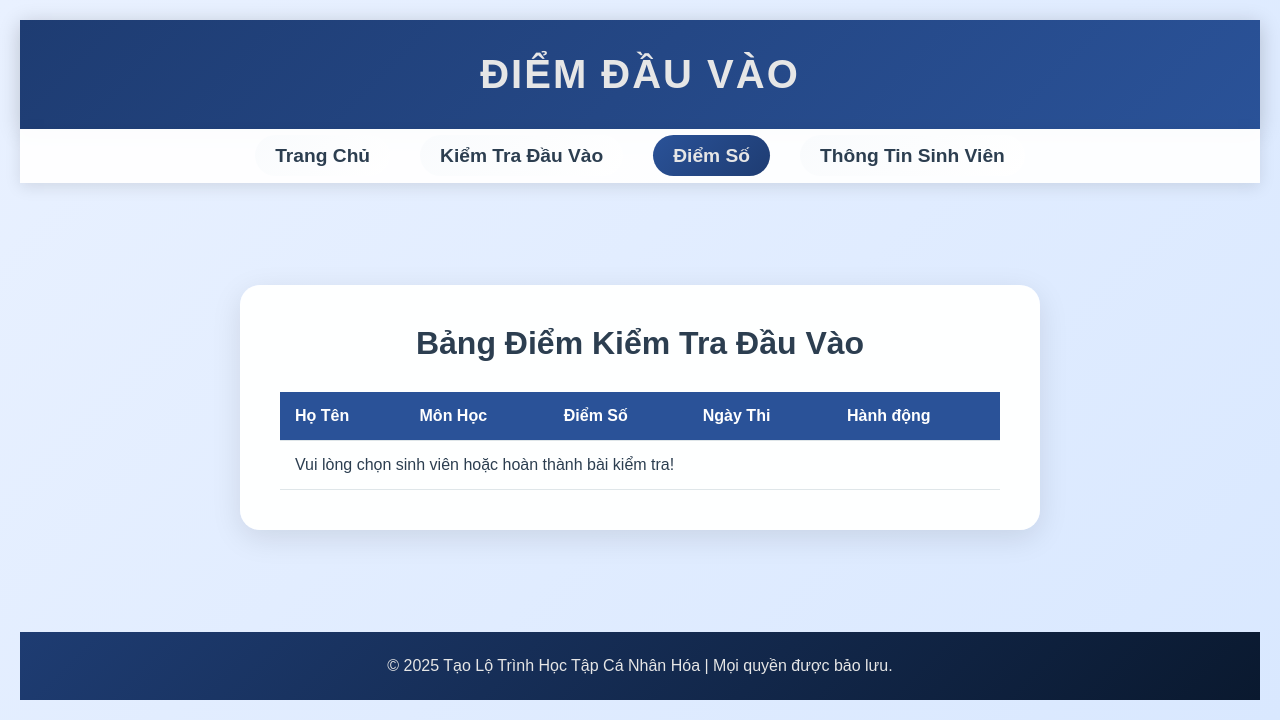
Repository: quankenda73/Prject_Final
Page: INDEX/diemdauvao.html
An editor plug-in stored every save of this project. The page is shown before and after the next save, followed by the edit.
The browser window is 1280 px wide. The pictures show the whole page.
The page's requests for data from a server got no answer.

Above is the page before, as saved 2025-03-20 13:27:54.

### INDEX/diemdauvao.html
<!DOCTYPE html>
<html lang="vi">
<head>
    <meta charset="UTF-8">
    <meta name="viewport" content="width=device-width, initial-scale=1.0">
    <title>Điểm Đầu Vào</title>
    <link rel="stylesheet" href="https://cdnjs.cloudflare.com/ajax/libs/font-awesome/6.0.0-beta3/css/all.min.css">
    <style>
        * { margin: 0; padding: 0; box-sizing: border-box; font-family: 'Poppins', sans-serif; }
        body { min-height: 100vh; background: linear-gradient(135deg, #e9f1ff, #d9e8ff); display: flex; flex-direction: column; padding: 20px; }
        header { background: linear-gradient(135deg, #1e3c72, #2a5298); color: #e6e6e6; padding: 2rem 0; text-align: center; box-shadow: 0 4px 20px rgba(0, 0, 0, 0.2); }
        header h1 { font-size: 2.5rem; text-transform: uppercase; letter-spacing: 2px; }
        nav { background: rgba(255, 255, 255, 0.95); padding: 1rem 0; box-shadow: 0 4px 15px rgba(0, 0, 0, 0.1); text-align: center; }
        .nav-list { list-style: none; display: flex; justify-content: center; gap: 30px; }
        .nav-list li a { color: #2c3e50; text-decoration: none; font-weight: 600; font-size: 1.2rem; padding: 10px 20px; border-radius: 25px; transition: all 0.3s ease; background: linear-gradient(135deg, #f9fbfd, #ffffff); }
        .nav-list li a:hover, .nav-list li a.active { background: linear-gradient(135deg, #2a5298, #1e3c72); color: #e6e6e6; }
        main { flex: 1; display: flex; justify-content: center; align-items: center; padding: 40px 20px; }
        .scores-container { width: 100%; max-width: 800px; background: rgba(255, 255, 255, 0.98); padding: 40px; border-radius: 20px; box-shadow: 0 8px 30px rgba(0, 0, 0, 0.1); }
        h2 { color: #2c3e50; font-size: 2rem; text-align: center; margin-bottom: 30px; }
        table { width: 100%; border-collapse: collapse; margin-top: 20px; }
        th, td { padding: 15px; text-align: left; border-bottom: 1px solid #dfe6e9; }
        th { background: #2a5298; color: white; font-weight: 600; }
        td { color: #2c3e50; }
        tr:nth-child(even) { background: #f8fafc; }
        tr:hover { background: #e6f0fa; }
        .delete-icon { color: #e74c3c; cursor: pointer; font-size: 1.2rem; transition: transform 0.3s ease, color 0.3s ease; }
        .delete-icon:hover { color: #c0392b; transform: scale(1.2); }
        footer { text-align: center; padding: 25px 0; background: linear-gradient(135deg, #1e3c72, #0a192f); color: #e6e6e6; }
        @media (max-width: 768px) { .scores-container { padding: 25px; } h2 { font-size: 1.8rem; } th, td { padding: 10px; font-size: 0.9rem; } }
    </style>
</head>
<body>
<header>
    <h1>Điểm Đầu Vào</h1>
</header>
<nav>
    <ul class="nav-list">
        <li><a href="/home">Trang Chủ</a></li>
        <li><a href="/input-test">Kiểm Tra Đầu Vào</a></li>
        <li><a href="/diemdauvao" class="active">Điểm Số</a></li>
        <li><a href="/student-info">Thông Tin Sinh Viên</a></li>
    </ul>
</nav>
<main>
    <div class="scores-container">
        <h2>Bảng Điểm Kiểm Tra Đầu Vào</h2>
        <table id="scoresTable">
            <thead>
                <tr>
                    <th>Họ Tên</th>
                    <th>Môn Học</th>
                    <th>Điểm Số</th>
                    <th>Ngày Thi</th>
                    <th>Hành động</th>
                </tr>
            </thead>
            <tbody id="scoresBody"></tbody>
        </table>
    </div>
</main>
<footer>
    <p>© 2025 Tạo Lộ Trình Học Tập Cá Nhân Hóa | Mọi quyền được bảo lưu.</p>
</footer>

<script>
document.addEventListener("DOMContentLoaded", async function() {
    const urlParams = new URLSearchParams(window.location.search);
    let studentId = urlParams.get('studentId');
    const tbody = document.querySelector('#scoresBody');

    // Lấy thông tin sinh viên hiện tại từ localStorage
    let currentStudent;
    try {
        currentStudent = JSON.parse(localStorage.getItem('currentStudent'));
    } catch (error) {
        console.error('Error parsing currentStudent from localStorage:', error);
    }

    if (!studentId && currentStudent) {
        studentId = currentStudent.studentId;
    }

    if (!studentId) {
        tbody.innerHTML = '<tr><td colspan="5">Vui lòng chọn sinh viên hoặc hoàn thành bài kiểm tra!</td></tr>';
        return;
    }

    // Lấy hoặc khởi tạo dữ liệu theo từng sinh viên
    let allScores;
    try {
        allScores = JSON.parse(localStorage.getItem('allScores')) || {};
    } catch (error) {
        console.error('Error parsing allScores from localStorage:', error);
        allScores = {};
    }

    // Đảm bảo allScores[studentId] là một mảng
    if (!Array.isArray(allScores[studentId])) {
        allScores[studentId] = [];
    }

    async function displayScores() {
        tbody.innerHTML = '<tr><td colspan="5">Đang tải dữ liệu...</td></tr>';

        try {
            const response = await fetch(`http://localhost:3000/api/scores?studentId=${studentId}`, {
                method: 'GET',
                headers: { 'Content-Type': 'application/json' }
            });

            if (!response.ok) throw new Error('Không thể lấy điểm từ server');

            const data = await response.json();
            const scores = data.scores;

            // Đồng bộ dữ liệu từ server với localStorage
            if (scores && scores.length > 0) {
                scores.forEach(serverScore => {
                    const existingScore = allScores[studentId].find(s => s._id === serverScore._id);
                    if (!existingScore) {
                        allScores[studentId].push(serverScore);
                    }
                });
                localStorage.setItem('allScores', JSON.stringify(allScores));
            }
        } catch (error) {
            console.error('Lỗi khi lấy từ server:', error);
        }

        // Hiển thị điểm số từ allScores
        tbody.innerHTML = '';
        const filteredScores = allScores[studentId] || [];
        if (filteredScores.length > 0) {
            const subjectMap = { 'math': 'Toán', 'literature': 'Ngữ Văn', 'physics': 'Vật Lý', 'english': 'Tiếng Anh', 'chemistry': 'Hóa Học' };
            filteredScores.forEach(score => {
                const row = document.createElement('tr');
                row.innerHTML = `
                    <td>${score.name}</td>
                    <td>${subjectMap[score.subject] || score.subject}</td>
                    <td>${score.score}</td>
                    <td>${score.date}</td>
                    <td>
                        <i class="fas fa-trash-alt delete-icon" title="Xóa" data-id="${score._id}"></i>
                    </td>
                `;
                tbody.appendChild(row);

                row.querySelector('.delete-icon').addEventListener('click', () => deleteScore(score._id));
            });
        } else {
            tbody.innerHTML = '<tr><td colspan="5">Chưa có điểm số nào được lưu cho sinh viên này.</td></tr>';
        }
    }

    async function deleteScore(scoreId) {
        if (confirm("Bạn có chắc chắn muốn xóa điểm số này không?")) {
            try {
                const response = await fetch(`http://localhost:3000/api/scores/${scoreId}`, {
                    method: 'DELETE',
                    headers: { 'Content-Type': 'application/json' }
                });

                if (!response.ok) throw new Error('Không thể xóa điểm số từ server');

                const result = await response.json();
                alert(result.message);
            } catch (error) {
                console.error('Lỗi khi xóa từ server:', error);
            } finally {
                allScores[studentId] = allScores[studentId].filter(score => score._id !== scoreId);
                localStorage.setItem('allScores', JSON.stringify(allScores));
                displayScores();
            }
        }
    }

    // Thêm điểm số mới từ localStorage nếu có
    try {
        const latestScore = JSON.parse(localStorage.getItem('latestScore'));
        if (latestScore && latestScore.studentId === studentId) {
            const existingScore = allScores[studentId].find(score => score.date === latestScore.date && score.subject === latestScore.subject);
            if (!existingScore) {
                latestScore._id = latestScore._id || 'local_' + Date.now();
                allScores[studentId].push(latestScore);
                localStorage.setItem('allScores', JSON.stringify(allScores));
            }
            localStorage.removeItem('latestScore');
        }
    } catch (error) {
        console.error('Error handling latestScore from localStorage:', error);
    }

    displayScores();
});
</script>
</body>
</html>

After the next save:
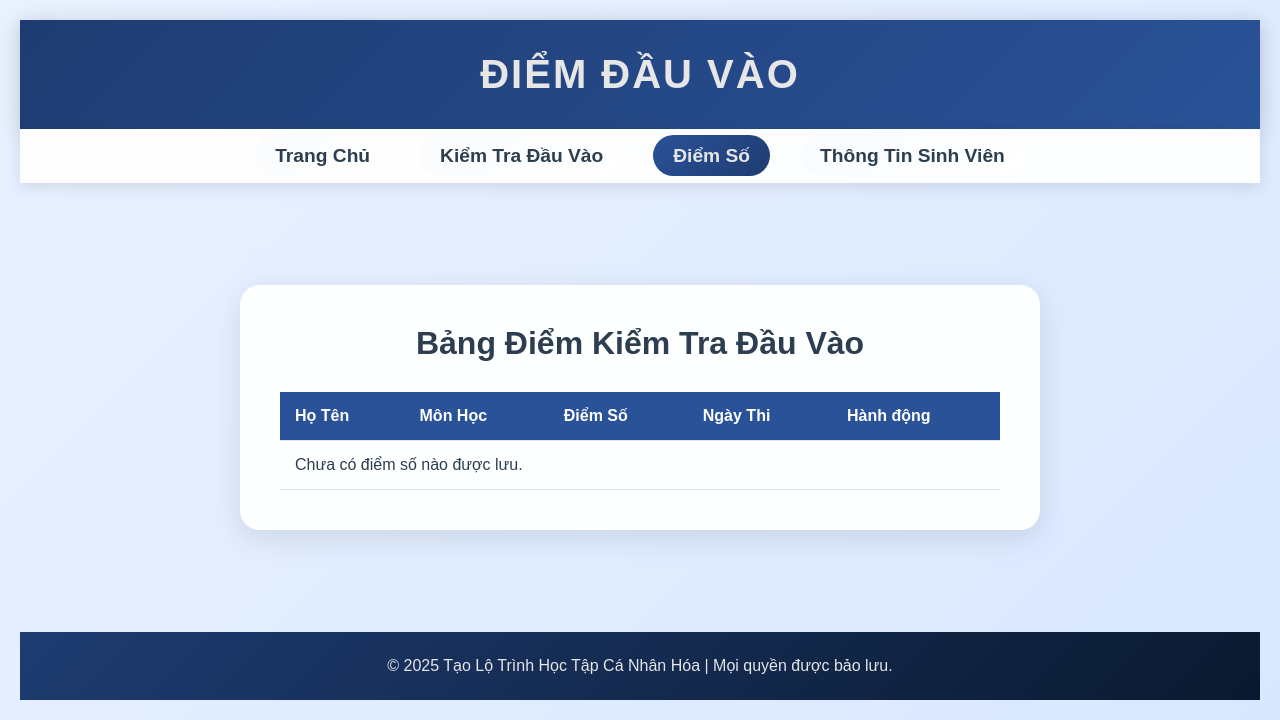
Saved 11 min 31 s later.
--- a/INDEX/diemdauvao.html
+++ b/INDEX/diemdauvao.html
@@ -64,28 +64,9 @@
 
 <script>
 document.addEventListener("DOMContentLoaded", async function() {
-    const urlParams = new URLSearchParams(window.location.search);
-    let studentId = urlParams.get('studentId');
     const tbody = document.querySelector('#scoresBody');
 
-    // Lấy thông tin sinh viên hiện tại từ localStorage
-    let currentStudent;
-    try {
-        currentStudent = JSON.parse(localStorage.getItem('currentStudent'));
-    } catch (error) {
-        console.error('Error parsing currentStudent from localStorage:', error);
-    }
-
-    if (!studentId && currentStudent) {
-        studentId = currentStudent.studentId;
-    }
-
-    if (!studentId) {
-        tbody.innerHTML = '<tr><td colspan="5">Vui lòng chọn sinh viên hoặc hoàn thành bài kiểm tra!</td></tr>';
-        return;
-    }
-
-    // Lấy hoặc khởi tạo dữ liệu theo từng sinh viên
+    // Lấy dữ liệu từ localStorage
     let allScores;
     try {
         allScores = JSON.parse(localStorage.getItem('allScores')) || {};
@@ -94,16 +75,12 @@
         allScores = {};
     }
 
-    // Đảm bảo allScores[studentId] là một mảng
-    if (!Array.isArray(allScores[studentId])) {
-        allScores[studentId] = [];
-    }
-
     async function displayScores() {
         tbody.innerHTML = '<tr><td colspan="5">Đang tải dữ liệu...</td></tr>';
 
+        // Lấy dữ liệu từ server cho tất cả sinh viên
         try {
-            const response = await fetch(`http://localhost:3000/api/scores?studentId=${studentId}`, {
+            const response = await fetch(`http://localhost:3000/api/scores`, {
                 method: 'GET',
                 headers: { 'Content-Type': 'application/json' }
             });
@@ -116,9 +93,12 @@
             // Đồng bộ dữ liệu từ server với localStorage
             if (scores && scores.length > 0) {
                 scores.forEach(serverScore => {
-                    const existingScore = allScores[studentId].find(s => s._id === serverScore._id);
+                    if (!allScores[serverScore.studentId]) {
+                        allScores[serverScore.studentId] = [];
+                    }
+                    const existingScore = allScores[serverScore.studentId].find(s => s._id === serverScore._id);
                     if (!existingScore) {
-                        allScores[studentId].push(serverScore);
+                        allScores[serverScore.studentId].push(serverScore);
                     }
                 });
                 localStorage.setItem('allScores', JSON.stringify(allScores));
@@ -127,12 +107,15 @@
             console.error('Lỗi khi lấy từ server:', error);
         }
 
-        // Hiển thị điểm số từ allScores
+        // Hiển thị điểm số của tất cả sinh viên
         tbody.innerHTML = '';
-        const filteredScores = allScores[studentId] || [];
-        if (filteredScores.length > 0) {
-            const subjectMap = { 'math': 'Toán', 'literature': 'Ngữ Văn', 'physics': 'Vật Lý', 'english': 'Tiếng Anh', 'chemistry': 'Hóa Học' };
-            filteredScores.forEach(score => {
+        let hasScores = false;
+        const subjectMap = { 'math': 'Toán', 'literature': 'Ngữ Văn', 'physics': 'Vật Lý', 'english': 'Tiếng Anh', 'chemistry': 'Hóa Học' };
+
+        for (const studentId in allScores) {
+            const scores = allScores[studentId] || [];
+            scores.forEach(score => {
+                hasScores = true;
                 const row = document.createElement('tr');
                 row.innerHTML = `
                     <td>${score.name}</td>
@@ -140,19 +123,21 @@
                     <td>${score.score}</td>
                     <td>${score.date}</td>
                     <td>
-                        <i class="fas fa-trash-alt delete-icon" title="Xóa" data-id="${score._id}"></i>
+                        <i class="fas fa-trash-alt delete-icon" title="Xóa" data-id="${score._id}" data-student-id="${studentId}"></i>
                     </td>
                 `;
                 tbody.appendChild(row);
 
-                row.querySelector('.delete-icon').addEventListener('click', () => deleteScore(score._id));
+                row.querySelector('.delete-icon').addEventListener('click', () => deleteScore(score._id, studentId));
             });
-        } else {
-            tbody.innerHTML = '<tr><td colspan="5">Chưa có điểm số nào được lưu cho sinh viên này.</td></tr>';
+        }
+
+        if (!hasScores) {
+            tbody.innerHTML = '<tr><td colspan="5">Chưa có điểm số nào được lưu.</td></tr>';
         }
     }
 
-    async function deleteScore(scoreId) {
+    async function deleteScore(scoreId, studentId) {
         if (confirm("Bạn có chắc chắn muốn xóa điểm số này không?")) {
             try {
                 const response = await fetch(`http://localhost:3000/api/scores/${scoreId}`, {
@@ -168,6 +153,9 @@
                 console.error('Lỗi khi xóa từ server:', error);
             } finally {
                 allScores[studentId] = allScores[studentId].filter(score => score._id !== scoreId);
+                if (allScores[studentId].length === 0) {
+                    delete allScores[studentId];
+                }
                 localStorage.setItem('allScores', JSON.stringify(allScores));
                 displayScores();
             }
@@ -177,7 +165,11 @@
     // Thêm điểm số mới từ localStorage nếu có
     try {
         const latestScore = JSON.parse(localStorage.getItem('latestScore'));
-        if (latestScore && latestScore.studentId === studentId) {
+        if (latestScore) {
+            const studentId = latestScore.studentId;
+            if (!allScores[studentId]) {
+                allScores[studentId] = [];
+            }
             const existingScore = allScores[studentId].find(score => score.date === latestScore.date && score.subject === latestScore.subject);
             if (!existingScore) {
                 latestScore._id = latestScore._id || 'local_' + Date.now();

After the save that followed:
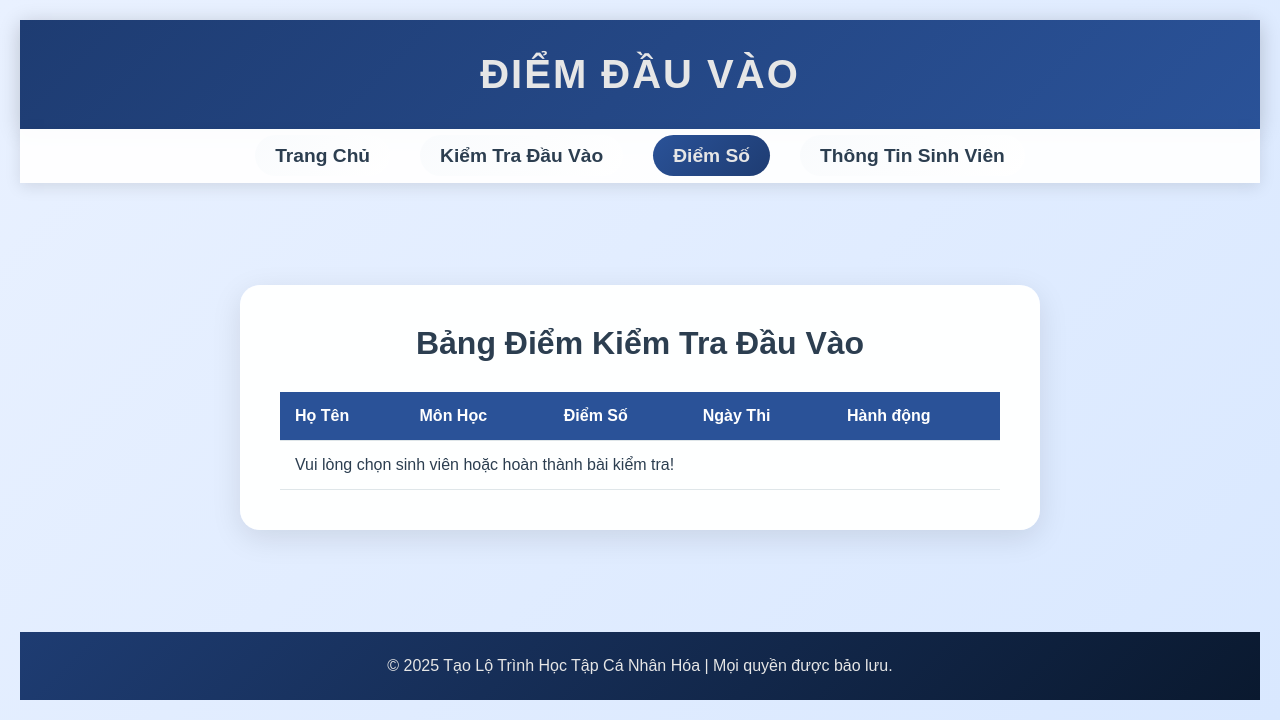
Saved 67 s later.
--- a/INDEX/diemdauvao.html
+++ b/INDEX/diemdauvao.html
@@ -64,9 +64,28 @@
 
 <script>
 document.addEventListener("DOMContentLoaded", async function() {
+    const urlParams = new URLSearchParams(window.location.search);
+    let studentId = urlParams.get('studentId');
     const tbody = document.querySelector('#scoresBody');
 
-    // Lấy dữ liệu từ localStorage
+    // Lấy thông tin sinh viên hiện tại từ localStorage
+    let currentStudent;
+    try {
+        currentStudent = JSON.parse(localStorage.getItem('currentStudent'));
+    } catch (error) {
+        console.error('Error parsing currentStudent from localStorage:', error);
+    }
+
+    if (!studentId && currentStudent) {
+        studentId = currentStudent.studentId;
+    }
+
+    if (!studentId) {
+        tbody.innerHTML = '<tr><td colspan="5">Vui lòng chọn sinh viên hoặc hoàn thành bài kiểm tra!</td></tr>';
+        return;
+    }
+
+    // Lấy hoặc khởi tạo dữ liệu theo từng sinh viên
     let allScores;
     try {
         allScores = JSON.parse(localStorage.getItem('allScores')) || {};
@@ -75,12 +94,16 @@
         allScores = {};
     }
 
+    // Đảm bảo allScores[studentId] là một mảng
+    if (!Array.isArray(allScores[studentId])) {
+        allScores[studentId] = [];
+    }
+
     async function displayScores() {
         tbody.innerHTML = '<tr><td colspan="5">Đang tải dữ liệu...</td></tr>';
 
-        // Lấy dữ liệu từ server cho tất cả sinh viên
         try {
-            const response = await fetch(`http://localhost:3000/api/scores`, {
+            const response = await fetch(`http://localhost:3000/api/scores?studentId=${studentId}`, {
                 method: 'GET',
                 headers: { 'Content-Type': 'application/json' }
             });
@@ -93,12 +116,9 @@
             // Đồng bộ dữ liệu từ server với localStorage
             if (scores && scores.length > 0) {
                 scores.forEach(serverScore => {
-                    if (!allScores[serverScore.studentId]) {
-                        allScores[serverScore.studentId] = [];
-                    }
-                    const existingScore = allScores[serverScore.studentId].find(s => s._id === serverScore._id);
+                    const existingScore = allScores[studentId].find(s => s._id === serverScore._id);
                     if (!existingScore) {
-                        allScores[serverScore.studentId].push(serverScore);
+                        allScores[studentId].push(serverScore);
                     }
                 });
                 localStorage.setItem('allScores', JSON.stringify(allScores));
@@ -107,15 +127,12 @@
             console.error('Lỗi khi lấy từ server:', error);
         }
 
-        // Hiển thị điểm số của tất cả sinh viên
+        // Hiển thị điểm số từ allScores
         tbody.innerHTML = '';
-        let hasScores = false;
-        const subjectMap = { 'math': 'Toán', 'literature': 'Ngữ Văn', 'physics': 'Vật Lý', 'english': 'Tiếng Anh', 'chemistry': 'Hóa Học' };
-
-        for (const studentId in allScores) {
-            const scores = allScores[studentId] || [];
-            scores.forEach(score => {
-                hasScores = true;
+        const filteredScores = allScores[studentId] || [];
+        if (filteredScores.length > 0) {
+            const subjectMap = { 'math': 'Toán', 'literature': 'Ngữ Văn', 'physics': 'Vật Lý', 'english': 'Tiếng Anh', 'chemistry': 'Hóa Học' };
+            filteredScores.forEach(score => {
                 const row = document.createElement('tr');
                 row.innerHTML = `
                     <td>${score.name}</td>
@@ -123,21 +140,19 @@
                     <td>${score.score}</td>
                     <td>${score.date}</td>
                     <td>
-                        <i class="fas fa-trash-alt delete-icon" title="Xóa" data-id="${score._id}" data-student-id="${studentId}"></i>
+                        <i class="fas fa-trash-alt delete-icon" title="Xóa" data-id="${score._id}"></i>
                     </td>
                 `;
                 tbody.appendChild(row);
 
-                row.querySelector('.delete-icon').addEventListener('click', () => deleteScore(score._id, studentId));
+                row.querySelector('.delete-icon').addEventListener('click', () => deleteScore(score._id));
             });
-        }
-
-        if (!hasScores) {
-            tbody.innerHTML = '<tr><td colspan="5">Chưa có điểm số nào được lưu.</td></tr>';
+        } else {
+            tbody.innerHTML = '<tr><td colspan="5">Chưa có điểm số nào được lưu cho sinh viên này.</td></tr>';
         }
     }
 
-    async function deleteScore(scoreId, studentId) {
+    async function deleteScore(scoreId) {
         if (confirm("Bạn có chắc chắn muốn xóa điểm số này không?")) {
             try {
                 const response = await fetch(`http://localhost:3000/api/scores/${scoreId}`, {
@@ -153,9 +168,6 @@
                 console.error('Lỗi khi xóa từ server:', error);
             } finally {
                 allScores[studentId] = allScores[studentId].filter(score => score._id !== scoreId);
-                if (allScores[studentId].length === 0) {
-                    delete allScores[studentId];
-                }
                 localStorage.setItem('allScores', JSON.stringify(allScores));
                 displayScores();
             }
@@ -165,11 +177,7 @@
     // Thêm điểm số mới từ localStorage nếu có
     try {
         const latestScore = JSON.parse(localStorage.getItem('latestScore'));
-        if (latestScore) {
-            const studentId = latestScore.studentId;
-            if (!allScores[studentId]) {
-                allScores[studentId] = [];
-            }
+        if (latestScore && latestScore.studentId === studentId) {
             const existingScore = allScores[studentId].find(score => score.date === latestScore.date && score.subject === latestScore.subject);
             if (!existingScore) {
                 latestScore._id = latestScore._id || 'local_' + Date.now();
